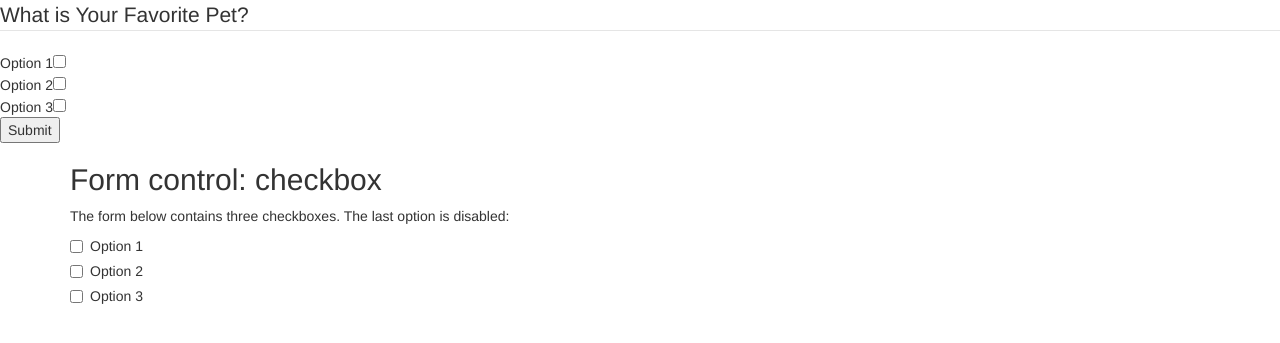
Repository: poornasyamasundar/Software-Project-Manager
Page: Resources/checkbox.html
These files come from the project's save history. The page is drawn as it stood at one moment and after the next save; the edit follows.
The browser window is 1280 px wide. The pictures show the whole page.

Above is the page before, as saved 2021-10-17 20:31:34.

After the next save:
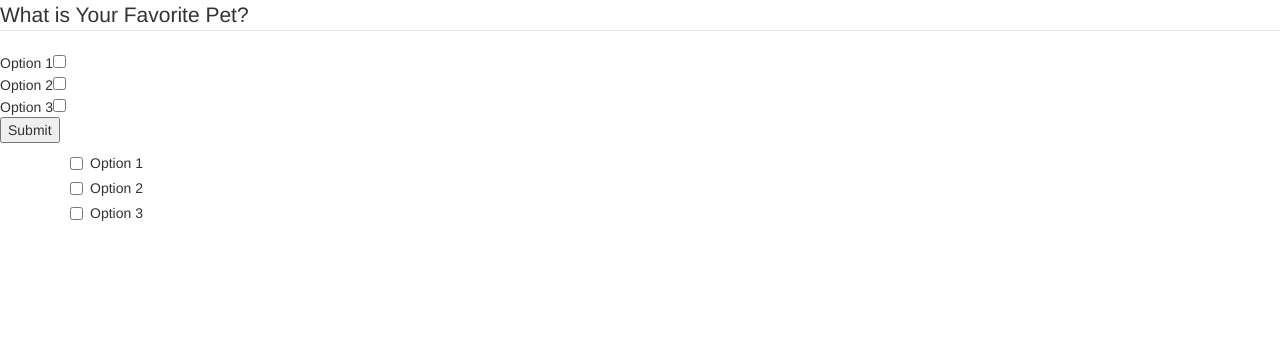
Saved 24 s later.
--- a/Resources/checkbox.html
+++ b/Resources/checkbox.html
@@ -20,8 +20,6 @@
 </form>
 
 <div class="container">
-    <h2>Form control: checkbox</h2>
-    <p>The form below contains three checkboxes. The last option is disabled:</p>
     <form>
       <div class="checkbox">
         <label><input type="checkbox" value="">Option 1</label>
